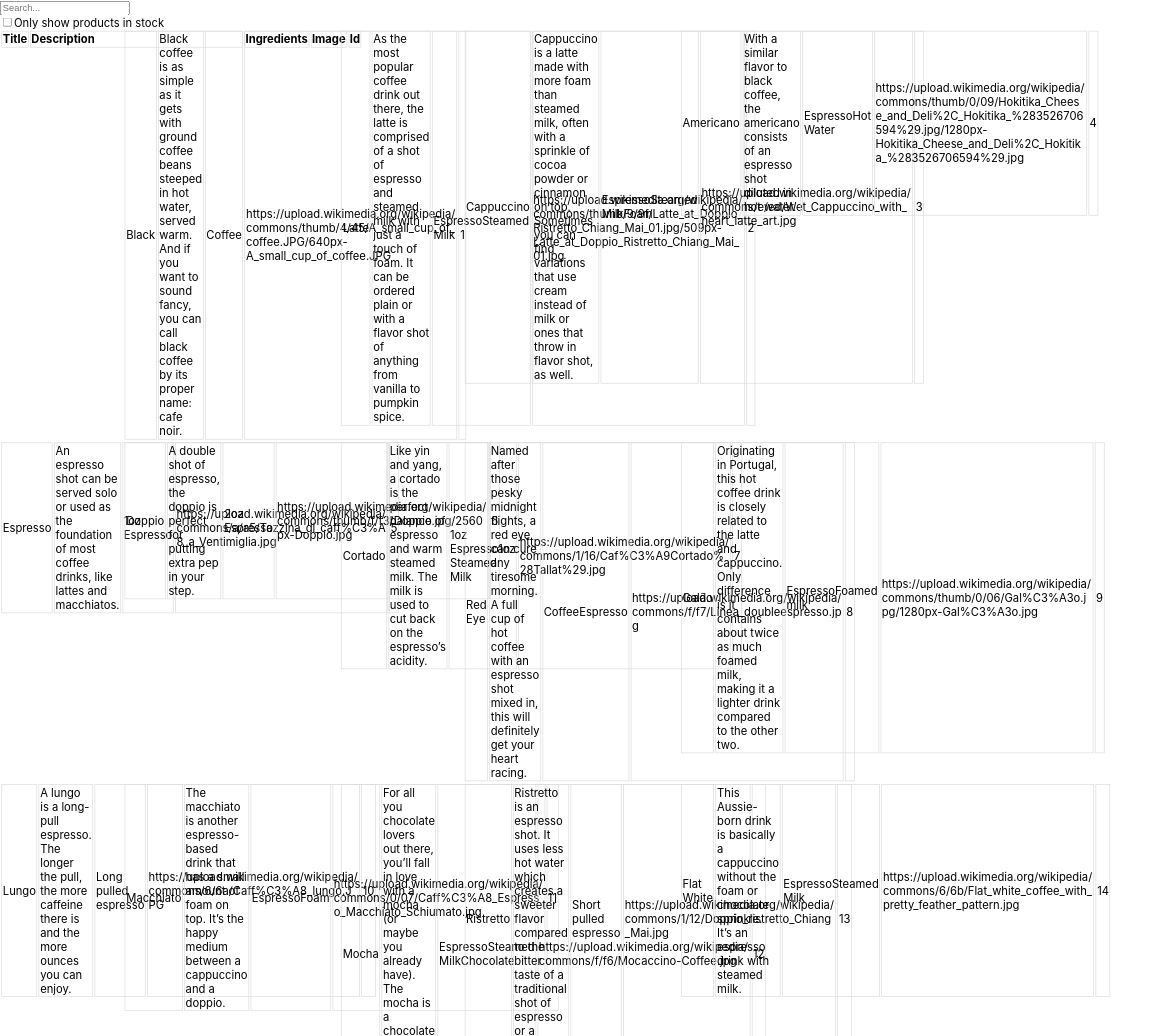
Repository: mariocapitbrok/reactjs-learn
Page: / (app in 05_filtered-data-table/)
The author's editor kept a copy of each file at every save. The page is drawn from the files as they stood at one save, then again after the next save.
The browser window is 1280 px wide. The page is 1673 px wide, then 1280 px, so the pictures cover 1673 px, including what lies to the right of the window. The pictures show the part of the page from y = 0 to 1480 px (the page is 2582 px tall before and 1590 px after), at 70% of full size.
The project was rebuilt for these pictures with package versions that can differ from the ones it lists, and the page was loaded fresh each time.

Above is the page before, as saved 2023-02-26 02:34:51.

After the next save:
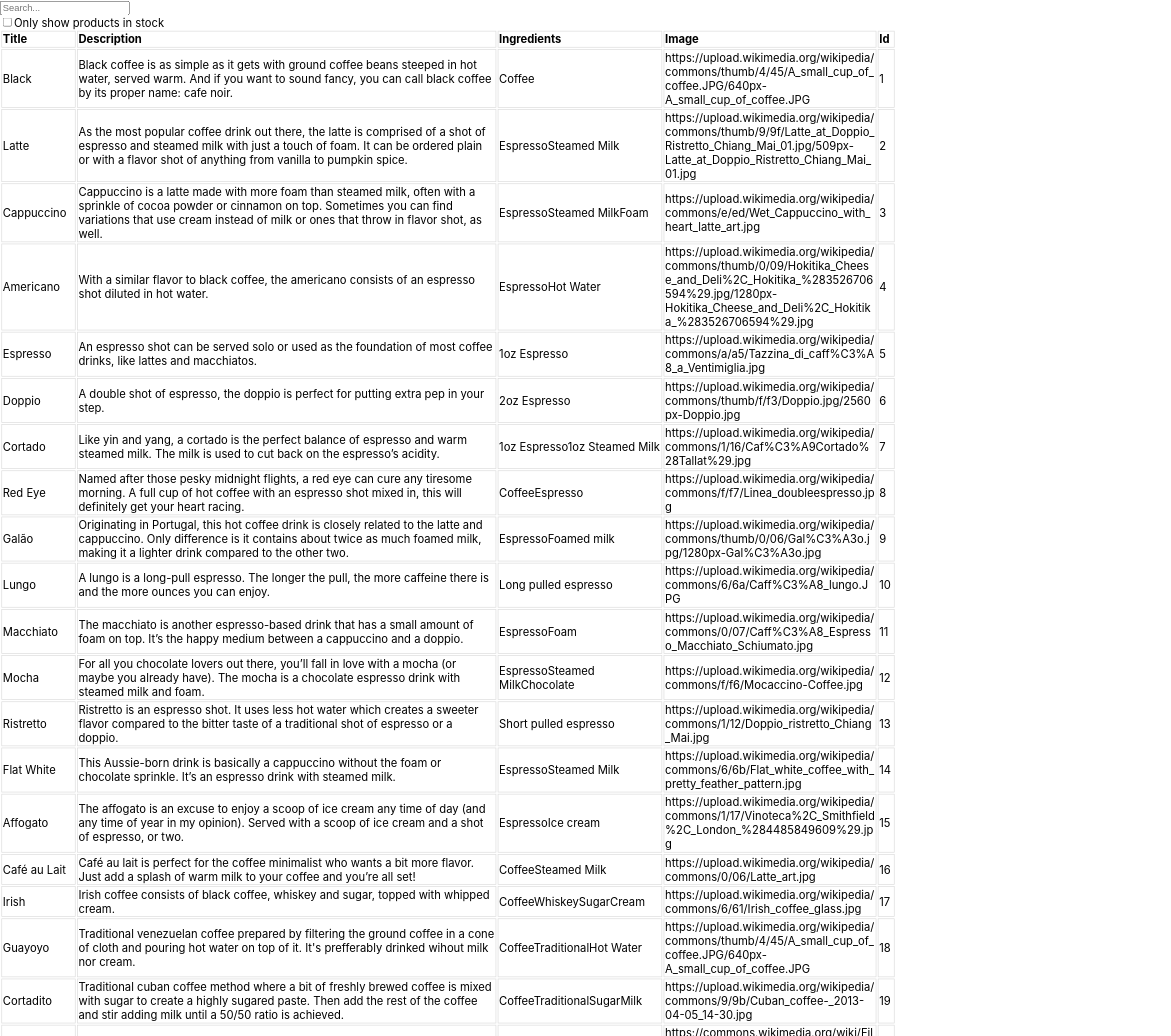
Saved 101 s later.
--- a/05_filtered-data-table/src/App.css
+++ b/05_filtered-data-table/src/App.css
@@ -1,16 +1,7 @@
 
 /* Table*/
 #my-table {
-  display: grid;
-  grid-template-columns: minmax(150px, 1.33fr) minmax(150px, 2.33fr) minmax(150px, 1.33fr) minmax(150px, 2.33fr)  minmax(150px, 2.33fr);
-}
-
-#my-table thead {
-  display:contents;
-}
-
-#my-table tbody {
-  display: contents;
+  width: 100%;
 }
 
 #my-table th {
